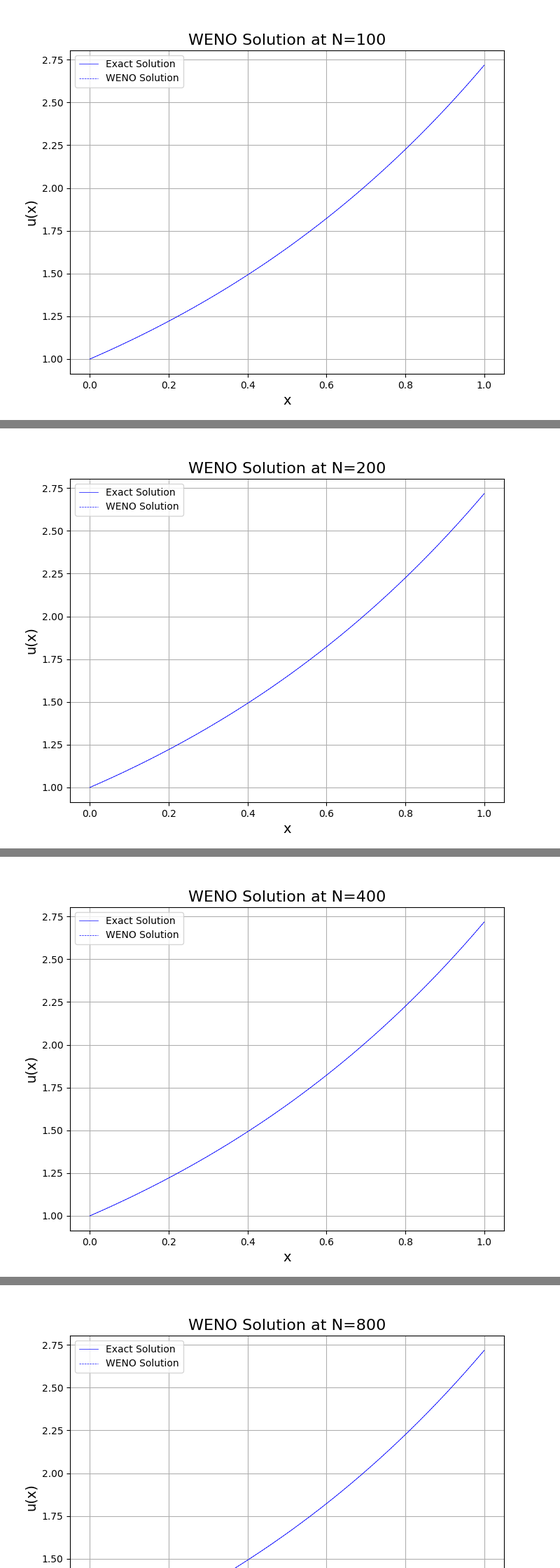
Repository: mishiroo/WENO
Script's output: python main.py
These files come from the project's save history. The script's output is drawn as it stood at one moment and after the next save; the edit follows.
The pictures show rows 0 to 2240 of an output 3048 px tall, at 70% of full size.
Each picture stacks the figures in order, with grey between them; figures that are only written to a file come last. Random numbers start from a fixed seed.

Above is the script's output before, as saved 2024-12-03 15:14:39.

### main.py
import WENO
import ErrorAnalysis as EA
import numpy as np
import tqdm

# 计算误差阶
# N: Num of cells
NList = [100, 200, 400, 800, 1600]
L2ErrorList = []
LinfErrorList = []
Solutions = []

for n in NList:
    print(f"num of cells = {n}...")
    mesh = WENO.Mesh(0, 1, n)
    mesh.SetTestAverageValues()
    theo_values = np.exp(mesh.mesh)
    weno = WENO.WENO1D(mesh=mesh.mesh, avg_values=mesh.avg_values)
    weno5_solution = np.zeros_like(mesh.mesh)
    for i in tqdm.tqdm(range(weno.N+1)):
        weno5_solution[i] = weno.WENOReconstruct(i)
    LinfErrorList.append(EA.LinfError(theo_values, weno5_solution))
    L2ErrorList.append(EA.L2Error(theo_values, weno5_solution))
    Solutions.append(weno5_solution)
    EA.Draw(mesh.mesh, theo_values, weno5_solution)


EA.SaveError("WENO5Error.xlsx", NList, L2ErrorList, LinfErrorList)

### WENO.py
import numpy as np
from typing import List
# 1D dimension
class WENO1D:

    def __init__(self, mesh: np.ndarray, avg_values: np.ndarray, order=5) -> None:
        """初始化WENO类

        Args:
            mesh (np.ndarray): 网格剖分[lb,...ub]
            avg_values (np.ndarray): 网格剖分[lb,...ub]
            order (int, optional): WENO算法阶数. Defaults to 5.
        """
        assert np.size(mesh) - 1 == np.size(
            avg_values
        ), "len(mesh) == len(avg_values) + 1"
        self.avg_values = avg_values
        self.mesh = mesh

        self.order = order
        self.lb = mesh[0]
        self.ub = mesh[-1]
        self.N = len(mesh) - 1  # Num of cells
        self.k = int((order + 1) / 2)  # Num of stencils
        # 查表得到模板组合线性权
        if order == 1:
            self.weights_d = [1]
        elif order == 3:
            self.weights_d = [2 / 3, 1 / 3]
        elif order == 5:
            self.weights_d = [1 / 10, 3 / 5, 3 / 10]
            # 查表得到模板组合系数
            self.C = np.array(
                [
                    [1 / 3, -7 / 6, 11 / 6],
                    [-1 / 6, 5 / 6, 1 / 3],
                    [1 / 3, 5 / 6, -1 / 6],
                    [11 / 6, -7 / 6, 1 / 3],
                ]
            )
        else:
            raise ValueError("order must be 1, 2 or 3")  # 其他阶的系数论文没给，先不写

    def StencilReconstruct(self, index: int) -> List[float]:
        """根据模板进行重构 精度为k阶

        Args:
            index (int): 计算节点的位置索引

        Returns:
            List[float]: 不同模板上的重构结果
        """
        stencil_index = index - 1
        stencil_recons = np.zeros(self.k)  # 存储不同模板重构结果的值
        if stencil_index - self.k + 1 >= 0 and stencil_index + self.k - 1 <= self.N - 1:
            for i in range(self.k):
                stencil_recons[i] = np.inner(
                    self.C[i],
                    self.avg_values[
                        stencil_index - self.k + 1 + i : stencil_index + i + 1
                    ],
                )

        elif stencil_index - self.k + 1 < 0:
            for i in range(self.k):
                stencil_recons[i] = np.inner(
                    self.C[-1],
                    self.avg_values[stencil_index+1 : stencil_index + self.k+1],
                )

        elif stencil_index + self.k - 1 > self.N - 1:
            for i in range(self.k):
                stencil_recons[i] = np.inner(
                    self.C[0],
                    self.avg_values[stencil_index - self.k + 1 : stencil_index + 1],
                )
        return stencil_recons


    def SmoothIndicators(self, index: int) -> np.ndarray:
        """计算指示器

        Args:
            index (int): 索引

        Returns:
            np.ndarray: 平滑指示函数
        """
        assert self.k == 2 or self.k == 3, "SmoothIndicators only support k=3 NOW!"
        # 处理非法值
        if index < self.k - 1 or index > self.N - self.k:
            return self.weights_d
        else:
            if self.k == 2:
                beta0 = self.avg_values[index + 1] - self.avg_values[index]
                beta1 = self.avg_values[index] - self.avg_values[index - 1]
                return [beta0, beta1]
            elif self.k == 3:
                beta0 = (
                    13
                    / 12
                    * (
                        self.avg_values[index + 1]
                        - 2 * self.avg_values[index + 1]
                        + self.avg_values[index + 2]
                    )
                    ** 2
                )
                +1 / 4 * (
                    3 * self.avg_values[index]
                    - 4 * self.avg_values[index + 2]
                    + self.avg_values[index + 2]
                ) ** 2
                beta1 = (
                    13
                    / 12
                    * (
                        self.avg_values[index - 1]
                        - 2 * self.avg_values[index]
                        + self.avg_values[index + 1]
                    )
                    ** 2
                )
                +1 / 4 * (self.avg_values[index - 1] - self.avg_values[index + 1]) ** 2
                beta2 = (
                    13
                    / 12
                    * (
                        self.avg_values[index - 2]
                        - 2 * self.avg_values[index - 1]
                        + self.avg_values[index]
                    )
                    ** 2
                )
                +1 / 4 * (
                    3 * self.avg_values[index]
                    - 4 * self.avg_values[index - 1]
                    + self.avg_values[index - 2]
                ) ** 2
            return [beta0, beta1, beta2]

    def FormWeights(self, index: int, eps=1e-6) -> np.ndarray:
        """计算归一化权重

        Args:
            index (int): 索引

        Returns:
            np.ndarray: 权重
        """
        alpha = np.zeros(self.k)
        beta = self.SmoothIndicators(index)
        for i in range(self.k):
            alpha[i] = self.weights_d[i] / (eps + beta[i]) ** 2
        return alpha / np.sum(alpha)

    def WENOReconstruct(self, index: int, eps=1e-6) -> float:
        """WENO加权后的重构 精度为2k-1阶

        Args:
            index (int): 索引
            eps (_type_, optional): eps参数. Defaults to 1e-6.

        Returns:
            float: 插值结果
        """
        weights = self.FormWeights(index, eps=eps)
        return np.inner(self.weights_d, self.StencilReconstruct(index))


class Mesh:
    def __init__(self, lb: float, ub: float, N: int) -> None:
        """初始化网格

        Args:
            lb (float): 左边界
            ub (float): 右边界
            N (int): cells数量
        """
        self.lb = lb
        self.ub = ub
        self.N = N
        self.mesh = np.linspace(lb, ub, N + 1)
        self.avg_values = np.zeros(N)  # Initialize avg_values

    def BindAverageValues(self, avg_values: List[float]) -> None:
        """绑定平均值

        Args:
            avg_values (List[float]): 平均值
        """
        assert len(avg_values) == self.N, "avg_values length must be N"
        self.avg_values = avg_values

    def SetTestAverageValues(self):
        """测试用例
        func = e^x
        设置精确的单元格积分均值
        """
        for i in range(self.N):
            integrate = np.exp(self.mesh[i + 1]) - np.exp(self.mesh[i])
            self.avg_values[i] = integrate / (self.mesh[i + 1] - self.mesh[i])

### ErrorAnalysis.py
# 分析计算结果的收敛阶 绘制计算效果图
import numpy as np
import pandas as pd
from typing import List
from matplotlib import pyplot as plt


def AccuracyOrder(N1: int, N2: int, Error1: int, Error2: int) -> float:
    """给定两组剖分和计算结果，计算收敛阶

    Args:
        N1 (int): 第一次剖分的网格数
        N2 (int): 第二次剖分的网格数
        Error1 (int): 第一次剖分的误差
        Error2 (int): 第二次剖分的误差

    Returns:
        float: 收敛阶
    """
    return np.log(Error1 / Error2) / np.log(N2 / N1)


def AccuracyOrders(NList: List[int], ErrorList: List[float]) -> np.ndarray:
    """对两组及以上剖分结果进行收敛阶分析 返回长度为len(NList)第一个元素为None的收敛阶数组

    Args:
        NList (List[int]): 网格剖分参数列表
        ErrorList (List[float]): 误差结果列表

    Returns:
        np.ndarray: 收敛阶列表
    """
    assert len(NList) == len(
        ErrorList
    ), f"length of NList and ErrorList must be equal, but {len(NList)} and {len(ErrorList)} are given"
    orderList = np.zeros(len(NList))
    orderList[0] = None
    for i in range(1, len(NList)):
        orderList[i] = AccuracyOrder(
            NList[i], NList[i - 1], ErrorList[i], ErrorList[i - 1]
        )
    return orderList


def SaveError(
    fn: str, NList: List[int], L2ErrorList: List[float], LinfErrorList: List[float]
) -> None:
    """保存误差结果

    Args:
        fn (str): 保存文件名
        NList (List[int]): 网格剖分参数列表
        ErrorList (List[float]): 误差结果列表
    """
    ac_orders_l2 = AccuracyOrders(NList, L2ErrorList)
    ac_orders_linf = AccuracyOrders(NList, LinfErrorList)
    # 保存计算结果
    data = {
        "N": NList,
        "L2Error": L2ErrorList,
        "L2Order": ac_orders_l2,
        "LInfError": LinfErrorList,
        "LInfOrder": ac_orders_linf,
    }
    df = pd.DataFrame(data)
    df.to_excel(fn, index=False)


def L2Error(analytical: List[float], numerical: List[float]) -> float:
    """计算L2误差

    Args:
        analytical (List[float]): 解析解
        numerical (List[float]): 数值解

    Returns:
        float: L2误差
    """
    return np.sqrt(np.sum([(a - n) ** 2 for a, n in zip(analytical, numerical)]))


def LinfError(analytical: List[float], numerical: List[float]) -> float:
    """计算Linf误差

    Args:
        analytical (List[float]): 解析解
        numerical (List[float]): 数值解

    Returns:
        float: Linf误差
    """
    return max([abs(a - n) for a, n in zip(analytical, numerical)])


def Draw(
    mesh: np.ndarray,
    theo_values: np.ndarray,
    weno_values: np.ndarray,
    show=False,
    fn: str = None,
):
    """只绘制剖分为N的精确值与数值解对比图

    Args:
        mesh (np.ndarray): 剖分网格
        theo_values (np.ndarray): 理论值
        weno_values (np.ndarray): WENO求解结果
        show(Bool, optional): 是否显示图形. Defaults to False.
        fn (str, optional): 保存文件名. Defaults to None.
    """
    N = mesh.size - 1
    # 创建图形
    plt.figure(figsize=(8, 6))

    # 绘制理论值
    plt.plot(
        mesh,
        theo_values,
        label="Exact Solution",
        color="blue",
        linestyle="-",
        linewidth=0.5,
    )
    # 绘制WENO数值解
    plt.plot(
        mesh,
        weno_values,
        label="WENO Solution",
        color="b",
        linestyle="--",
        linewidth=0.5,
    )
    # 设置标题和标签

    plt.title(f"WENO Solution at N={N}", fontsize=16)
    plt.xlabel("x", fontsize=14)
    plt.ylabel("u(x)", fontsize=14)

    # 显示图例
    plt.legend()

    # 显示网格
    plt.grid(True)
    if fn is not None:
        plt.savefig(f"figures/{fn}.png")
    else:
        plt.savefig(f"figures/WENO5-N={N}.png")
    # 展示图形
    if show:
        plt.show()

After the next save:
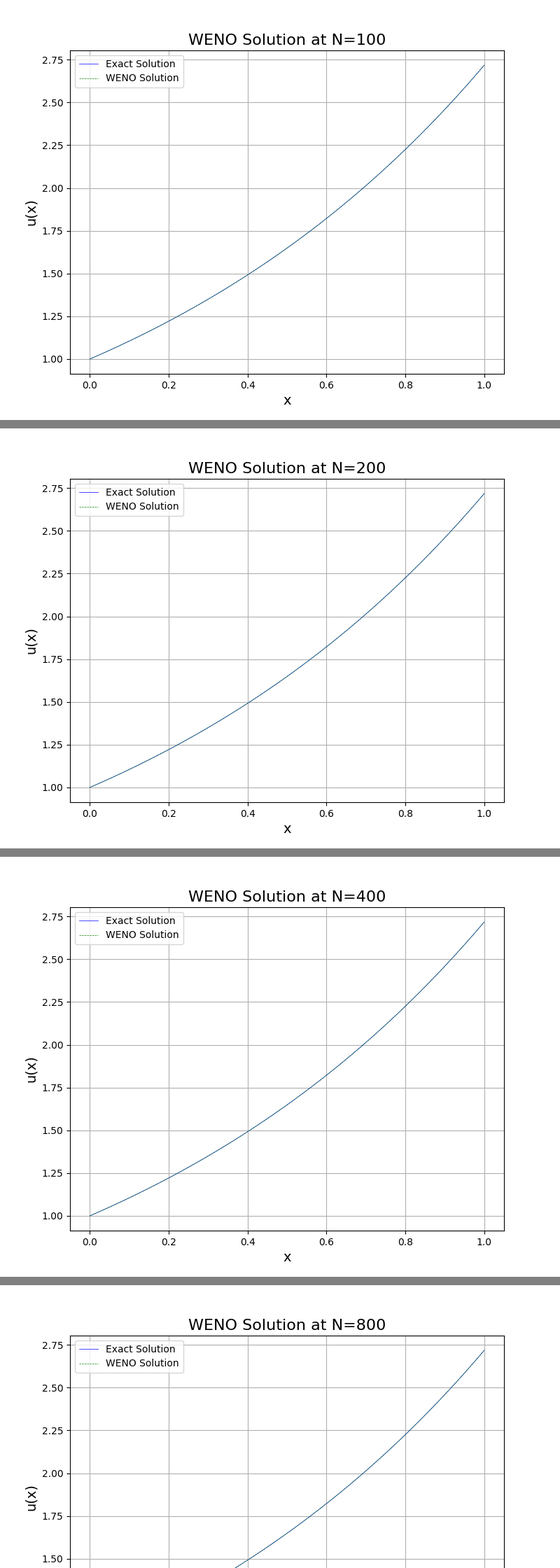
Saved 4 s later.
--- a/ErrorAnalysis.py
+++ b/ErrorAnalysis.py
@@ -126,7 +126,7 @@ def Draw(
         mesh,
         weno_values,
         label="WENO Solution",
-        color="b",
+        color="green",
         linestyle="--",
         linewidth=0.5,
     )
